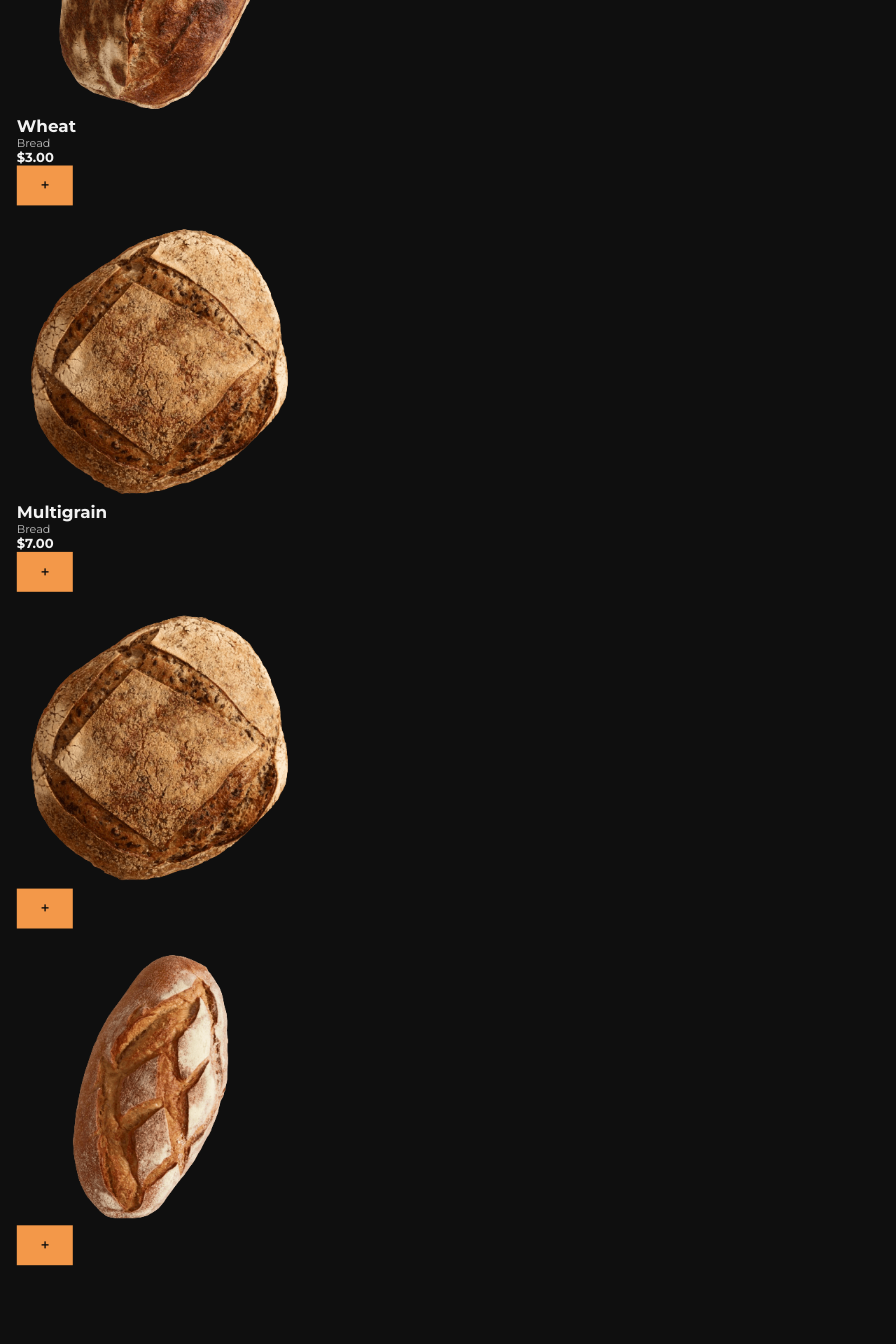
Repository: dinhhaidh/Bakery-web
Page: index.html
The author's editor kept a copy of each file at every save. The page is drawn from the files as they stood at one save, then again after the next save.
The browser window is 1280 px wide. The pictures show the part of the page from y = 4118 to 6038 px (the page is 6038 px tall), at 70% of full size.
Some web libraries are served in a nearby version.

Above is the page before, as saved 2024-01-16 10:55:20.

### index.html
<!DOCTYPE html>
<html lang="en">
  <head>
    <meta charset="UTF-8" />
    <meta name="viewport" content="width=device-width, initial-scale=1.0" />

    <!--=============== FAVICON ===============-->
    <link rel="shortcut icon" href="assets/img/favicon.png" type="image/x-icon"/>
    <!--=============== REMIXICONS ===============-->
    <link rel="stylesheet"  href="https://cdnjs.cloudflare.com/ajax/libs/remixicon/3.7.0/remixicon.css"/>
    <!--=============== CSS ===============-->
    <link rel="stylesheet" href="./css/style.css"/>

    <title>Responsive bakery website - Bedimcode</title>
  </head>
  <body>
    <!--==================== HEADER ====================-->
    <header class="header" id="header">
        <nav class="nav container">
            <a href="#" class="nav__logo">Bakery</a>
            <div class="nav__menu" id="nav-menu">
                <ul class="nav__list">
                    <li class="nav__item">
                        <a href="#home" class="nav__link">Home</a>
                    </li>
                    <li class="nav__item">
                        <a href="#new" class="nav__link">News</a>
                    </li>
                    <li class="nav__item">
                        <a href="#about" class="nav__link">About Us</a>
                    </li>
                    <li class="nav__item">
                        <a href="#favorite" class="nav__link">Favorites</a>
                    </li>
                    <li class="nav__item">
                        <a href="#visit" class="nav__link">Location</a>
                    </li>
                </ul>
                <div class="nav__close" id="nav-close">
                    <i class="ri-close-line"></i>
                </div>

                <img src="./img/bread-4.png" alt="image" class="nav__img-1">
                <img src="./img/bread-1.png" alt="image" class="nav__img-2">
            </div>

            <!-- toggle button -->
            <div class="nav__toggle" id="nav-toggle">
                <i class="ri-menu-line"></i>
            </div>
        </nav>
    </header>

    <!--==================== MAIN ====================-->
    <main class="main">
      <!--==================== HOME ====================-->
      <section class="home section" id="home">
        <img src="./img/home-bg.jpg" alt="image" class="home__bg">
        <div class="home__shadow"></div>
        <div class="home__container container grid">
            <div class="home__data">
                <h1 class="home__title">
                    Select The Best.<br> Quality Breads
                </h1>
                <a href="#" class="button">Select breads</a>

                <img src="./img/bread-1.png" alt="image" class="home__bread">
            </div>
            <div class="home__image">
                <img src="./img/home-bread.png" alt="image" class="home__img">
            </div>
            <footer class="home__footer">
                <div class="home__location">
                    <i class="ri-map-pin-line"></i>
                    <span>Av. The Sun #321 <br> Lima Peru</span>
                </div>
                <div class="home__social">
                    <a href="https://www.facebook.com/" target="_blank">

                        <i class="ri-facebook-circle-line"></i>
                    </a>
                    <a href="https://www.instagram.com/
                    " target="_blank">
                        <i class="ri-instagram-line"></i>
                    </a>
                    <a href="https://www.youtube.com/" target="_blank">
                        <i class="ri-youtube-line"></i>
                    </a>
                </div>
            </footer>
        </div>
      </section>

      <!--==================== NEWS ====================-->
      <section class="new section" id="new">
        <h2 class="section__title">New breads</h2>

        <div class="new__container container grid">
            <div class="new__content grid">
                <article class="new__card">
                    <div class="new__data">
                        <h2 class="new__title">Rye Bread</h2>
                        <p class="new__description">
                            Baked width healthy, gluten-free
                            sourdough for good nutrition.
                        </p>
                    </div>
                    <img src="./img/new-bread-1.png" alt="image" class="new__img">
                </article>
                <article class="new__card">
                    <div class="new__data">
                        <h2 class="new__title">Whole grain bread</h2>
                        <p class="new__description">
                            Crispy and homemade prepared
                            form organic yeast-free flour
                        </p>
                    </div>
                    <img src="./img/new-bread-2.png"  alt="image" class="new__img">
                </article>
                <article class="new__card">
                    <div class="new__data">
                        <h2 class="new__title">Multigrain Bread</h2>
                        <p class="new__description">
                            Tasty and made with different
                            natural grains form the countryside
                        </p>
                    </div>
                    <img src="./img/new-bread-3.png"  alt="image" class="new__img">
                </article>
            </div>
            <a href="#" class="new__button button">See More Breads</a>
        </div>
      </section>

      <!--==================== ABOUT ====================-->
      <section class="about section" id="about">
        <div class="about__container container grid">
            <div class="about__data">
                <div class="section__title">About Us</div>

                <p class="about__description">
                    Lorem ipsum, dolor sit amet consectetur adipisicing elit. Fugit quae quisquam quia animi commodi! Nesciunt aperiam deserunt ex sint, ratione alias quos beatae atque numquam natus libero eveniet explicabo molestias!
                </p>
                <a href="#" class="button">Know More</a>
                <img src="./img/bread-2.png" alt="image" class="about__bread">
            </div>
            <img src="./img/about-bread.png" alt="" class="about__img">
        </div>
      </section>

      <!--==================== FAVORITES ====================-->
      <section class="favorite section" id="favorite">
        <h2 class="section__title">Customer favorites</h2>
        <div class="favorite__container container grid">
            <article class="article__card">
                <img src="./img/favorite-bread-1.png" alt="image" class="favorite__img">
                <div class="favorite__data">
                    <h2 class="favorite__title">Whole Grain</h2>
                    <span class="favorite__subtitle">Bread</span>
                    <h3 class="favorite__price">$6.00</h3>
                </div>
                <button class="favorite__button button">
                    <i class="ri-add-line"></i>
                </button>
            </article>
            <article class="article__card">
                <img src="./img/favorite-bread-2.png" alt="image" class="favorite__img">
                <div class="favorite__data">
                    <h2 class="favorite__title">Rye</h2>
                    <span class="favorite__subtitle">Bread</span>
                    <h3 class="favorite__price">$8.00</h3>
                </div>
                <button class="favorite__button button">
                    <i class="ri-add-line"></i>
                </button>
            </article>
            <article class="article__card">
                <img src="./img/favorite-bread-3.png" alt="image" class="favorite__img">
                <div class="favorite__data">
                    <h2 class="favorite__title">Wheat</h2>
                    <span class="favorite__subtitle">Bread</span>
                    <h3 class="favorite__price">$3.00</h3>
                </div>
                <button class="favorite__button button">
                    <i class="ri-add-line"></i>
                </button>
            </article>
            <article class="article__card">
                <img src="./img/favorite-bread-4.png" alt="image" class="favorite__img">
                <div class="favorite__data">
                    <h2 class="favorite__title">Multigrain</h2>
                    <span class="favorite__subtitle">Bread</span>
                    <h3 class="favorite__price">$7.00</h3>
                </div>
                <button class="favorite__button button">
                    <i class="ri-add-line"></i>
                </button>
            </article>
            <article class="article__card">
                <img src="./img/favorite-bread-4.png" alt="image" class="favorite__img">
                <div class="favorite__data">
                    <h2 class="favorite__title"></h2>
                    <span class="favorite__subtitle"></span>
                    <h3 class="favorite__price"></h3>
                </div>
                <button class="favorite__button button">
                    <i class="ri-add-line"></i>
                </button>
            </article>
            <article class="article__card">
                <img src="./img/favorite-bread-5.png" alt="image" class="favorite__img">
                <div class="favorite__data">
                    <h2 class="favorite__title"></h2>
                    <span class="favorite__subtitle"></span>
                    <h3 class="favorite__price"></h3>
                </div>
                <button class="favorite__button button">
                    <i class="ri-add-line"></i>
                </button>
            </article>
        </div>
      </section>

      <!--==================== VISIT ====================-->
      <section class="visit section" id="visit"></section>
    </main>

    <!--==================== FOOTER ====================-->
    <footer class="footer"></footer>

    <!--========== SCROLL UP ==========-->

    <!--=============== SCROLLREVEAL ===============-->
    <script src="./js/scrollreveal.min.js"></script>
    <script src="https://code.jquery.com/jquery-3.7.1.min.js"></script>

    <!--=============== MAIN JS ===============-->
    <script src="./js/main.js"></script>
  </body>
</html>

### css/style.css
/*=============== GOOGLE FONTS ===============*/
@import url("https://fonts.googleapis.com/css2?family=Dancing+Script:wght@700&family=Montserrat:wght@400;600;700&display=swap");

/*=============== VARIABLES CSS ===============*/
:root {
    --header-height: 3.5rem;

    /*========== Colors ==========*/
    /*Color mode HSL(hue, saturation, lightness)*/
    --first-color: hsl(28, 88%, 62%);
    --first-color-alt: hsl(28, 84%, 58%);
    --title-color: hsl(0, 0%, 95%);
    --text-color: hsl(0, 0%, 75%);
    --text-color-light: hsl(0, 0%, 65%);
    --black-color: hsl(0, 0%, 6%);
    --body-color: hsl(0, 0%, 6%);
    --container-color: hsl(0, 0%, 10%);

    /*========== Font and typography ==========*/
    /*.5rem = 8px | 1rem = 16px ...*/
    --body-font: "Montserrat", sans-serif;
    --second-font: "Dancing Script", cursive;
    --biggest-font-size: 3rem;
    --bigger-font-size: 2rem;
    --h1-font-size: 1.5rem;
    --h2-font-size: 1.25rem;
    --h3-font-size: 1rem;
    --normal-font-size: .938rem;
    --small-font-size: .813rem;

    /*========== Font weight ==========*/
    --font-regular: 400;
    --font-semi-bold: 600;
    --font-bold: 700;

    /*========== z index ==========*/
    --z-tooltip: 10;
    --z-fixed: 100;
}

/*========== Responsive typography ==========*/
@media screen and (min-width: 1150px) {
    :root {
        --biggest-font-size: 5rem;
        --bigger-font-size: 3rem;
        --h1-font-size: 2.25rem;
        --h2-font-size: 1.5rem;
        --h3-font-size: 1.25rem;
        --normal-font-size: 1rem;
        --small-font-size: .875rem;
    }
}

/*=============== BASE ===============*/
* {
    box-sizing: border-box;
    padding: 0;
    margin: 0;
}

html {
    scroll-behavior: smooth;
}

body,
button {
    font-family: var(--body-font);
    font-size: var(--normal-font-size);
}

body {
    background-color: var(--body-color);
    color: var(--text-color);
}

button {
    border: none;
    outline: none;
}

h1,
h2,
h3,
h4 {
    color: var(--title-color);
    font-weight: var(--font-bold);
}

ul {
    list-style: none;
}

a {
    text-decoration: none;
}

img {
    display: block;
    max-width: 100%;
    height: auto;
}

/*=============== REUSABLE CSS CLASSES ===============*/
.container {
    max-width: 1120px;
    margin-inline: 1.5rem;
}

.grid {
    display: grid;
    gap: 1.5rem;
}

.section {
    padding-block: 5rem 1rem;
}

.section__title {
    font-size: var(--bigger-font-size);
    font-family: var(--second-font);
    margin-bottom: 1.5rem;
    text-align: center;
}

.main {
    overflow: hidden;
    /* For animation ScrollReveal */
}

/*=============== HEADER & NAV ===============*/
.header{
    position: fixed;
    width: 100%;
    top: 0;
    left: 0;
    background-color: transparent;
    z-index: var(--z-fixed);
}
.nav{
    position: relative;
    height: var(--header-height);
    display: flex;
    justify-content: space-between;
    align-items: center;
}
.nav__logo{
    color: var(--first-color);
    font-size: var(--h2-font-size);
    font-family: var(--second-font);
    transition: color .4s;
}
.nav__logo:hover{
    color: var(--first-color-alt);
}
.nav__close,
.nav__toggle{
    font-size: 1.5rem;
    color: var(--title-color);
    cursor: pointer;
}

/* Navigation for mobile devices */
/* responsive */
@media screen and (max-width: 1150px) {
    .nav__menu{
        position: fixed;
        top: 0;
        right: -100%;
        background-color: hsla(0,0%,6%, .2);
        backdrop-filter: blur(16px);
        -webkit-backdrop-filter: blur(16px);
        width: 80%;
        height: 100%;
        padding: 6rem 3rem 0;
        transition: right .4s;
    }
    .nav__list{
        display: flex;
        flex-direction: column;
        row-gap: 2.5rem;
    }
    .nav__link{
        color: var(--title-color);
        font-weight: var(--font-semi-bold);
        transition: color .4s;
    }
    .nav__link:hover{
        color: var(--first-color);
    }
    .nav__close,
    .nav__img-1,
    .nav__img-2{
        position: absolute;
    }
    .nav__close{
        top: 1rem;
        right: 1.5rem;
    }
    .nav__img-1{
        width: 80px;
        top: 11rem;
        right: 0.75rem;
    }
    .nav__img-2{
        width: 60px;
        top: 28rem;
        left: 6rem;
    }
}

/* Show menu */
.show-menu{
    right: 0;
}

/* Add blur header */
/* Thêm tiêu đề mờ, khi kéo xuống hiển thị thanh nngang fixed */
.blur-header::after{
    content: '';
    position: absolute;
    width: 100%;
    height: 100%;
    background-color: hsla(0, 0%, 6%, .2);
    backdrop-filter: blur(16px);
    -webkit-backdrop-filter: blur(16px);
    top: 0;
    left: 0;
    z-index: -1;
}

/* Active link */


/*=============== HOME ===============*/
.home{
    position: relative;
    padding-top: 6.5rem;
}
.home__container{
    row-gap: 2rem;
}
.home__bg,
.home__shadow{
    position: absolute;
    top: 0;
    left: 0;
    width: 100%;
    height: 100%;
    z-index: -1;
}
.home__bg{
    object-fit: cover;
    object-position: center;
}
.home__shadow{
    background: linear-gradient(180deg, hsla(0, 0%, 0%, 0) 0%, hsl(0, 0%, 6%) 100%);

}
.home__data{
    position: relative;
    text-align: center;
}
.home__title{
    font-size: var(--biggest-font-size);
    font-family: var(--second-font);
    margin-bottom: 1.5rem;
}
.home__bread{
    width: 50px;
    position: absolute;
    top: 15rem;
    left: 4rem;
}
.home__image{
    max-width: 400px;
    justify-self: center;
}
.home__img{
    rotate: 15deg;
}
.home__footer,
.home__location,
.home__social{
    display: flex;
}
.home__footer{
    justify-content: space-between;
    align-items: center;
}
.home__location{
    align-items: center;
    column-gap: .5rem;
}
.home__location i{
    font-size: 1.5rem;
    color: var(--first-color);
}
.home__location span{
    color: var(--title-color);
    font-size: var(--small-font-size);
}
.home__social{
    column-gap: 1rem;
}
.home__social a{
    color: var(--title-color);
    font-size: 1.5rem;
    transition: color 4s;
}
.home__social a:hover{
    color: var(--first-color);
}

/*=============== BUTTON ===============*/
.button{
    display: inline-flex;
    background-color: var(--first-color);
    color: var(--black-color);
    font-weight: var(--font-semi-bold);
    padding: 1.25rem 2rem;
    transition: background-color .4s;
}
.button:hover{
    background-color: var(--first-color-alt);
}

/*=============== NEW ===============*/
.new{

}
.new__container{
    padding-top: 1.5rem;
    row-gap: 3.5rem;
}
.new__content{
    row-gap: 2rem
}
.new__card{
    display: flex;
    column-gap: 1rem;
    align-items: center;
}
.new__card:nth-child(2) img{
    order: -1;
}
.new__img{
    width: 150px;
}
.new__data{

}
.new__title{
    font-size: var(--h2-font-size);
    font-family: var(--second-font);
    color: var(--first-color);
    margin-bottom: .5rem;
}
.new__description{
    font-size: var(--small-font-size);
}
.new__button{
    justify-self: center;
}

/*=============== ABOUT ===============*/
.about__container{
    row-gap: 4rem;
}
.about__data{
    position: relative;
    text-align: center;
}
.about__description{
    margin-bottom: 3rem;
}
.about__bread{
    width: 60px;
    position: absolute;
    bottom: 1rem;
    right: 0;
}
.about__img{
    width: 320px;
    justify-self: center;
}

/*=============== FAVORITES ===============*/


/*=============== VISIT ===============*/


/*=============== FOOTER ===============*/


/*=============== SCROLL BAR ===============*/


/*=============== SCROLL UP ===============*/


/* Show Scroll Up */


/*=============== BREAKPOINTS ===============*/
/* For small devices */


/* For medium devices */


/* For large devices */

Loaded but not shown: js/scrollreveal.min.js (library); js/main.js (no copy from this time; the picture is the same without it)

After the next save:
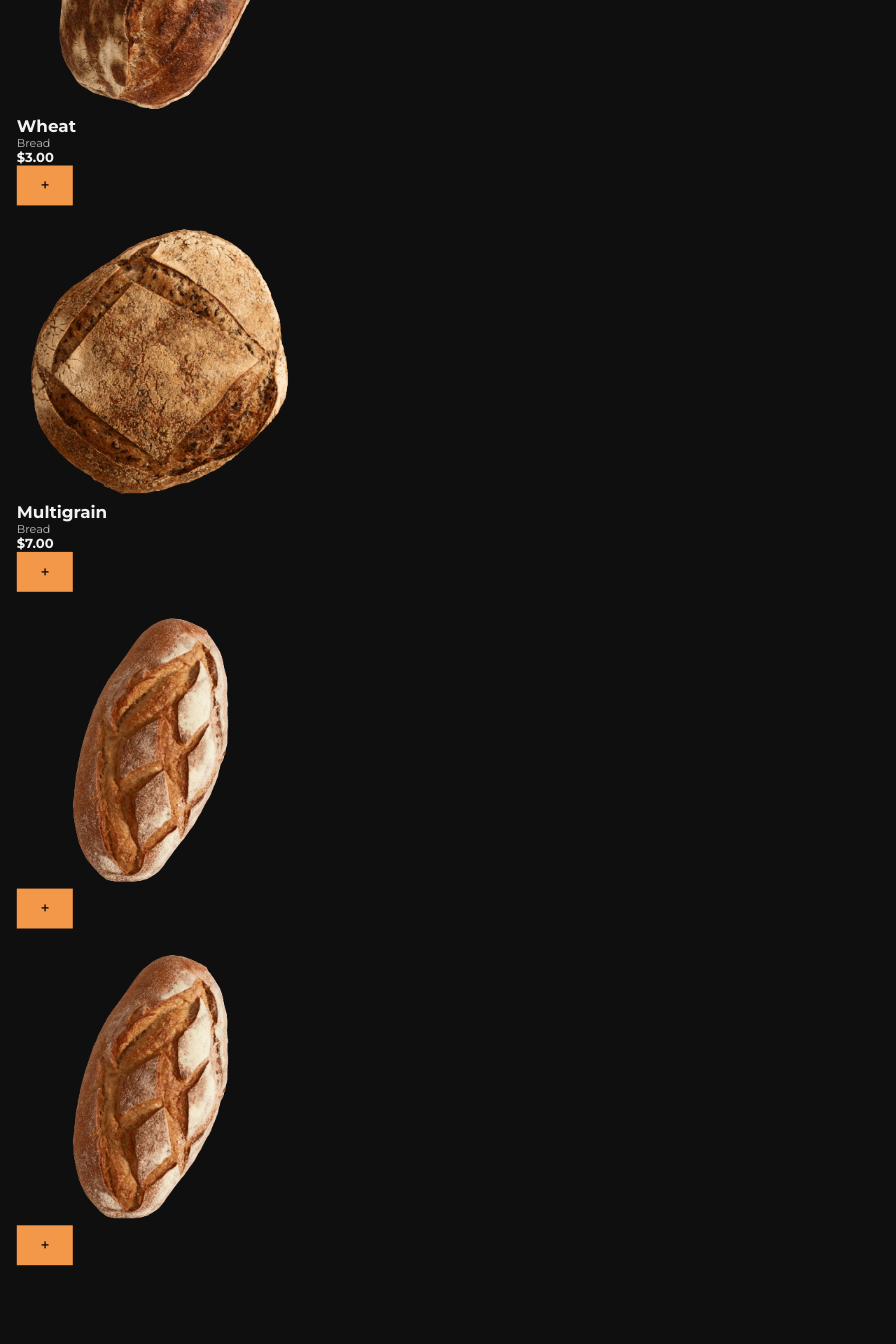
Saved 4 s later.
--- a/index.html
+++ b/index.html
@@ -197,7 +197,7 @@
                 </button>
             </article>
             <article class="article__card">
-                <img src="./img/favorite-bread-4.png" alt="image" class="favorite__img">
+                <img src="./img/favorite-bread-5.png" alt="image" class="favorite__img">
                 <div class="favorite__data">
                     <h2 class="favorite__title"></h2>
                     <span class="favorite__subtitle"></span>
